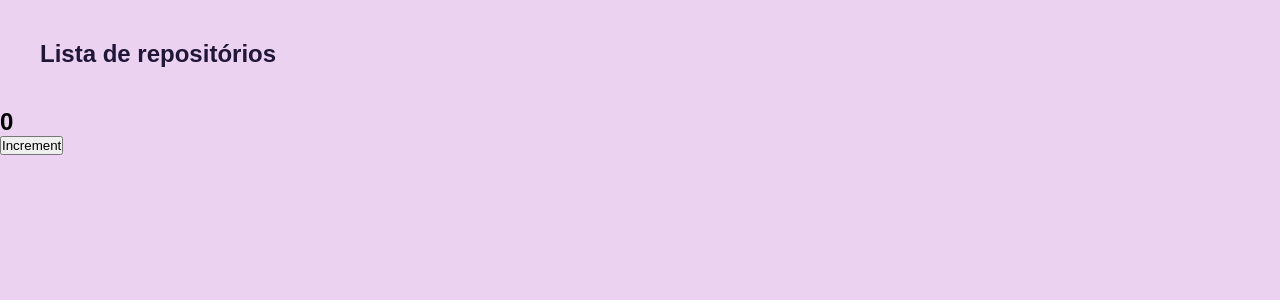
Repository: viniciusfg05/AnnotationReacts
Page: /
The author's editor kept a copy of each file at every save. The page is drawn from the files as they stood at one save, then again after the next save.
The browser window is 1280 px wide. The pictures show the whole page.
The page's requests for data from a server got no answer. The project was rebuilt for these pictures with package versions that can differ from the ones it lists, and the page was loaded fresh each time. No one was signed in, and anything a server would have sent is missing. Also part of the build but not shown: webpack.config.js, src/components/RepositoryItens.tsx.

Above is the page before, as saved 2022-02-18 13:59:09.

After the next save:
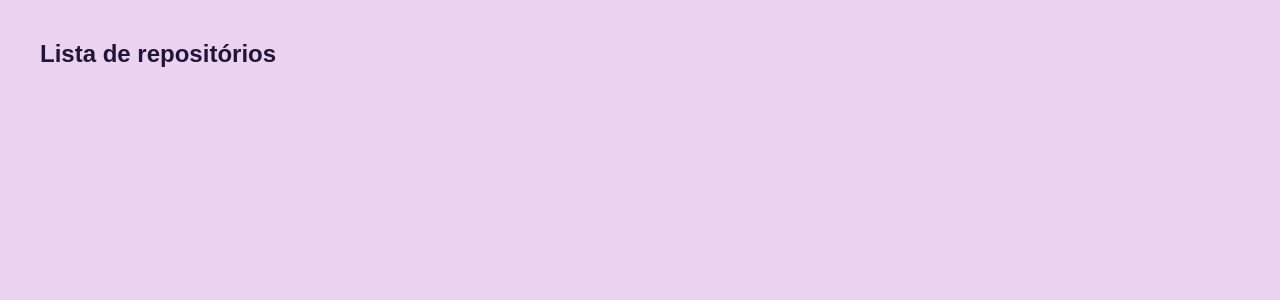
Saved 11 s later.
--- a/src/App.tsx
+++ b/src/App.tsx
@@ -6,7 +6,7 @@ export function App() {
   return (
     <>
       <RepositoryList />
-      <Counter />
+      {/* <Counter /> */}
     </>
   )
 }
